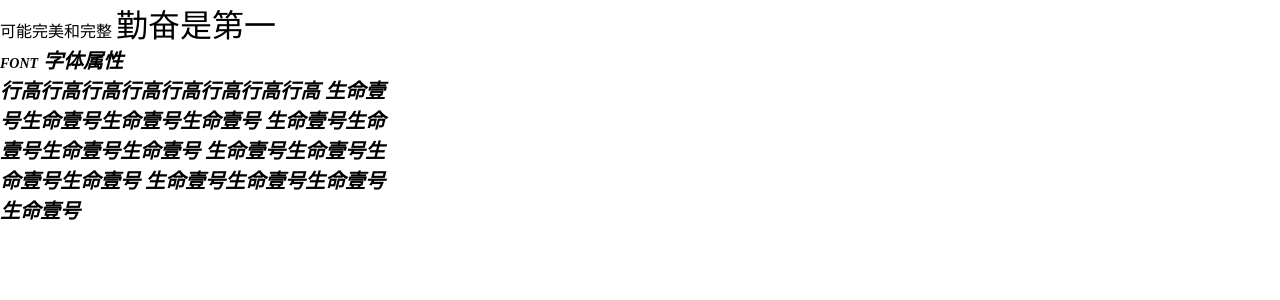
Repository: yuquan1006/-
Page: 02_css/demo.html
The author's editor kept a copy of each file at every save. The page is drawn from the files as they stood at one save, then again after the next save.
The browser window is 1280 px wide. The pictures show the whole page.

Above is the page before, as saved 2023-06-26 10:50:07.

### 02_css/demo.html
<!DOCTYPE html>
<html lang="en">
<head>
    <meta charset="UTF-8">
    <meta name="viewport" content="width=device-width, initial-scale=1.0">
    <title>Document</title>
    <style type="text/css">
        /* 相对单位 */
        label{
            font-size: 200%; /* 文字大小是周围文字大小的两倍 */
        }

        /* font 字体属性  CSS中，有很多非布局样式（与布局无关），包括：字体、行高、颜色、大小、背景、边框、滚动、换行、装饰性属性（粗体、斜体、下划线）等。 这一段，我们先来讲一下字体属性*/
        p{
            font-size: 20px; 		/*字体大小*/
            line-height: 30px;      /*行高*/
            font-family: 幼圆,黑体; 	/*字体类型：如果没有幼圆就显示黑体，没有黑体就显示默认*/
            font-style: italic ;		/*italic表示斜体，normal表示不倾斜*/
            font-weight: bold;	/*粗体*/
            font-variant: small-caps;  /*小写变大写*/
        }

        /* 行高
        我们设置行高为30px，30px * 5 = 150px，通过F12查看审查元素，这个p标签的高度果然为150px。而且我们发现，我们并没有给这个p标签设置高度，显然是内容将其撑高的。
        */
        *{
            margin: 0px;
            padding: 0px;
        }
        p{
            width: 400px;
            line-height: 30px;
        }


    </style>
</head>
<body>
    <div>
        可能完美和完整
        <label>勤奋是第一</label>
    </div>

    <div>
        <p>font 字体属性</p>
    </div>

    <div>
        <p>行高行高行高行高行高行高行高行高
            生命壹号生命壹号生命壹号生命壹号
            生命壹号生命壹号生命壹号生命壹号
            生命壹号生命壹号生命壹号生命壹号
            生命壹号生命壹号生命壹号生命壹号
        </p>
    </div>

    <!-- 字体属性-->

</body>
</html>

After the next save:
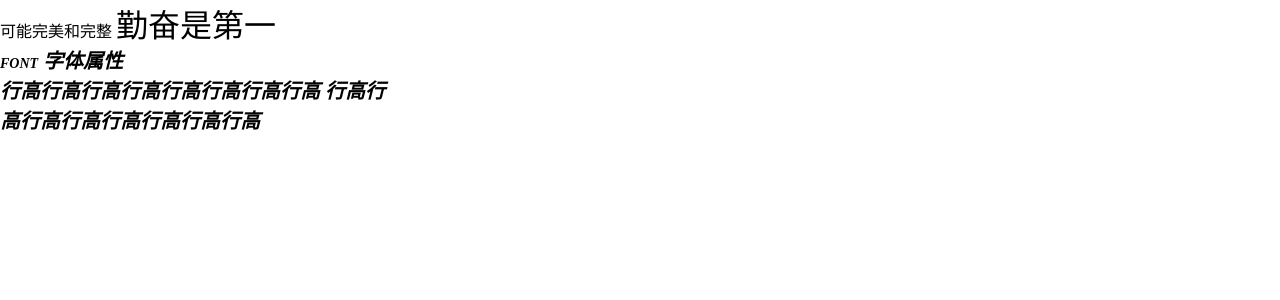
Saved 5 s later.
--- a/02_css/demo.html
+++ b/02_css/demo.html
@@ -47,10 +47,7 @@
 
     <div>
         <p>行高行高行高行高行高行高行高行高
-            生命壹号生命壹号生命壹号生命壹号
-            生命壹号生命壹号生命壹号生命壹号
-            生命壹号生命壹号生命壹号生命壹号
-            生命壹号生命壹号生命壹号生命壹号
+            行高行高行高行高行高行高行高行高
         </p>
     </div>
 
